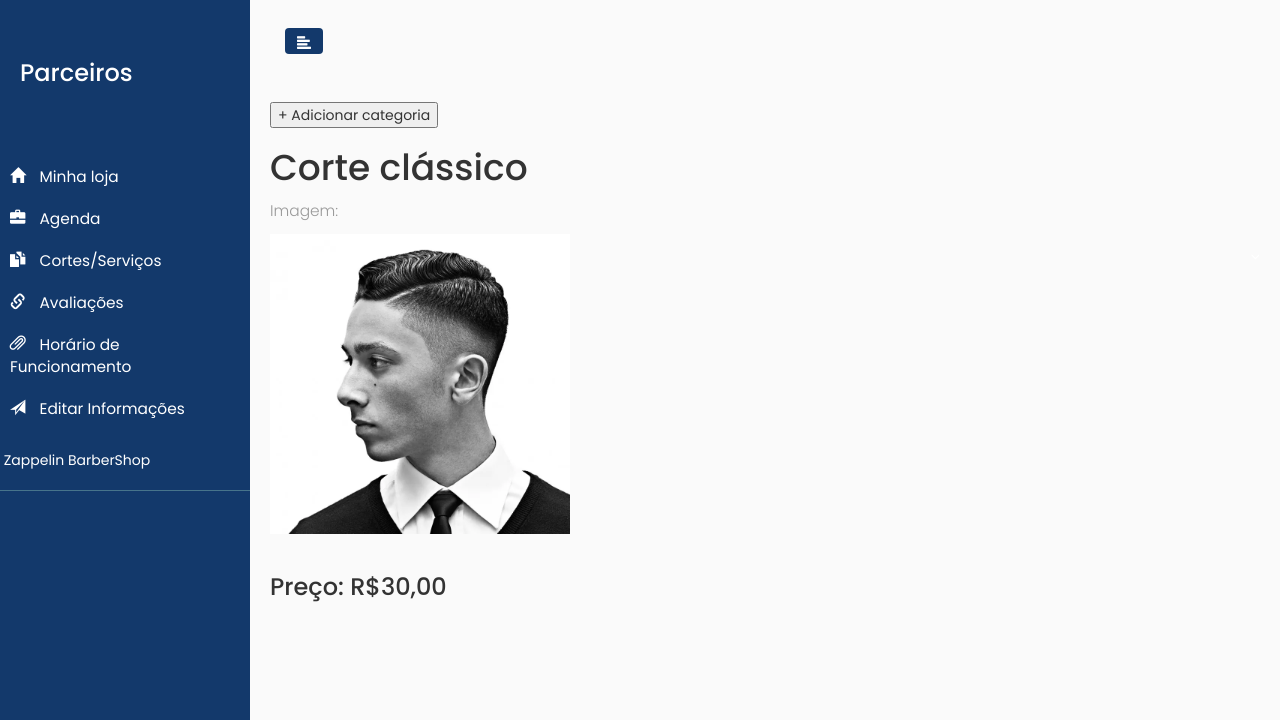
Repository: aquilesascar/barberconnect
Page: http://localhost/corteclassico.php
An editor plug-in stored every save of this project. The page is shown before and after the next save, followed by the edit.
The browser window is 1280 px wide. The pictures show the whole page.
The page is run by PHP 8.4 with error messages shown; the project is at /var/www/html/.

Above is the page before, as saved 2023-10-09 14:41:07.

### corteclassico.php
<!DOCTYPE html>
<html>

<head>
    <meta charset="utf-8">
    <meta name="viewport" content="width=device-width, initial-scale=1.0">
    <meta http-equiv="X-UA-Compatible" content="IE=edge">

    <title>Barra de tarefas</title>

    <!-- Bootstrap CSS CDN -->
    <link rel="stylesheet" href="https://maxcdn.bootstrapcdn.com/bootstrap/3.3.7/css/bootstrap.min.css">
    <!-- Our Custom CSS -->
    <link rel="stylesheet" href="../TCC/assets/css/style4.css">

</head>

<body>
    <div class="wrapper">
        <?php
        //INCLUSÃO DO MENU
        include_once('menu.php');
        ?>
        <!-- Page Content Holder -->
        <div id="content">


            <div class="container-fluid">

                <div class="navbar-header">
                    <button type="button" id="sidebarCollapse" class="btn btn-info navbar-btn">
                        <i class="glyphicon glyphicon-align-left"></i>

                    </button>
                </div>

                <div class="collapse navbar-collapse" id="bs-example-navbar-collapse-1">

                </div>
            </div>
            </nav>
            <br><br>
            <button class="categoria">+ Adicionar categoria</button>














            <h1>Corte clássico</h1>
            <p>Imagem:</p>
            <img src="../TCC/assets/img/classiccorte.webp" alt="" class="img">
            <style>
                .img {
                    width: 300px;
                    height: auto;
                }
            </style>
            <h3>Preço: R$30,00</h3>

        </div>
    </div>

    <!-- jQuery CDN -->
    <script src="https://code.jquery.com/jquery-1.12.0.min.js"></script>
    <!-- Bootstrap Js CDN -->
    <script src="https://maxcdn.bootstrapcdn.com/bootstrap/3.3.7/js/bootstrap.min.js"></script>

    <script type="text/javascript">
        $(document).ready(function() {
            $('#sidebarCollapse').on('click', function() {
                $('#sidebar').toggleClass('active');
            });
        });
    </script>
</body>

</html>

### menu.php
<nav id="sidebar">
    <div class="sidebar-header">
        <h3>Parceiros</h3>
        <strong>BC</strong>
    </div>

    <ul class="list-unstyled components">
        <li>
            <a href="index4.php">
                <i class="glyphicon glyphicon-home"></i>
                Minha loja
            </a>

        </li>
        <li>
            <a href="agenda.php">
                <i class="glyphicon glyphicon-briefcase"></i>
                Agenda
            </a>

            <a href="corteclassico.php" aria-expanded="false">
                <i class="glyphicon glyphicon-duplicate"></i>
                Cortes/Serviços
            </a>
        </li>
        <li>
            <a href="avaliacoes.php">
                <i class="glyphicon glyphicon-link"></i>
                Avaliações
            </a>
        </li>
        <li>
            <a href="horario.php">
                <i class="glyphicon glyphicon-paperclip"></i>
                Horário de Funcionamento
            </a>
        </li>
        <li>
            <a href="#">
                <i class="glyphicon glyphicon-send"></i>
                Editar Informações
            </a>
        </li>
        <li>
            <a href="#"></a>
            <i class="glyphicon glyphicon-logout"></i>
            Zappelin BarberShop
        </li>
    </ul>

</nav>

### assets/css/style4.css
@import "https://fonts.googleapis.com/css?family=Poppins:300,400,500,600,700";

.form-check form-switch {
    text-align: justify;
}

h2 {
    padding-top: 20px;
}

h3 {
    padding-bottom: 20px;
    padding-top: 20px;
}

#sidebarCollapse {
    display: flex;
    align-items: center;
    justify-content: center;
}

#sidebarCollapse:hover {

    background-color: #05234b;
    color: white;
    align-items: center;
}

#lorem{
    color: #fafafa;
    font-size: 14px;
    user-select: none; /* Evita a seleção de texto */
    cursor: default;   /* Mantém o cursor padrão */
}


.coverImg {
    display: flex;
    justify-content: center;
}

.cover {
    border-radius: 8px;
}

.images {
    padding-bottom: 6% !important;
}

.linha{
    padding-bottom: 3%;
}

.filtros button {
    align-items: center !important;
    justify-content: center;
    border-radius: 25px !important;
    padding: 5px 17px;
    background-color: transparent;
    border-color: #8c8c8c !important;
    color: #8c8c8c;
    font-size: 16px !important;
    margin-right: 20px;
    font-weight: 450;
}

.filtros button:hover {
    background-color: transparent !important;
    /* Remove a mudança de cor de fundo */
    border-color: #6a6a6a !important;
    /* Remove a mudança de cor da borda */
    color: #6a6a6a !important;
    /* Remove a mudança de cor do texto */
}

.btn-primary {
    align-items: center !important;
    justify-content: center;
    border-radius: 5px !important;
    background-color: transparent;
    border-color: #080808 !important;
    color: #8c8c8c;
    font-size: 13px;
    margin-right: 20px;
    font-weight: 450;
}

.btn-primary:hover {
    background-color: transparent !important;
    /* Remove a mudança de cor de fundo */
    border-color: #6a6a6a !important;
    /* Remove a mudança de cor da borda */
    color: #6a6a6a !important;
    /* Remove a mudança de cor do texto */
}

.filtros {
    padding-bottom: 1%;

}

.divForm {
    margin-left: 10%;
    margin-right: 10%;
    border-radius: 6px;
    background-color: white;
    position: relative;
}

.divTable {
    border-radius: 6px;
    background-color: white;
    position: relative;
    box-shadow: 0 4px 8px 0 rgba(0, 0, 0, 0.2);
}

.divTable table {
    width: 100%;
    border-collapse: collapse;
    font-family: Arial, sans-serif;
}

.divTable th {
    background-color: #13396B;
    color: white;
    padding: 10px;
    text-align: center;
}

.divTable td {
    padding: 18px;
    text-align: center;
    border-bottom: 1px solid #ddd;
}

.divTable tr:hover {
    background-color: #f5f5f5;
}

.divTable caption {
    caption-side: top;
    text-align: center;
    font-weight: bold;
}


.barberItem {
    box-sizing: border-box;
    width: calc(100% / 3 - 10px);
    height: 200px;
    display: inline-block;
    position: relative;
    border-radius: 15px; /* Adiciona bordas arredondadas */
    box-shadow: 0 4px 8px 0 rgba(0,0,0,0.2); /* Adiciona sombra */
    transition: transform 0.4s ease, box-shadow 0.2s ease;
    background-color: #ffffff; /* Adiciona cor de fundo */
    padding: 10px 20px;
    margin-right: 6px;
    margin-bottom: 20px; /* Espaçamento entre as linhas */
}

.barberItem:hover {
    border-color: #6a6a6a !important;
    cursor: pointer;
}

.barberItem p {
    padding-left: 15%;
    font-size: 20px !important;
    padding-bottom: 20% !important;
    display: inline-block !important;
}

.barberText {
    margin-left: 85px;
    font-size: 24px;
    align-items: center;
    position: relative;
    top: -78px;
}

.description {
    padding-top: 4%;
}

.itemDescription {
    color: #8c8c8c;
    display: block;
    padding-bottom: 5%;
}

.price {
    padding-top: 5%;
    font-weight: 700;
    font-size: 20px;
}

.infos {
    position: relative;
    top: -1px;
    display: flex;
    justify-content: space-between;
    /* Isso substituirá a necessidade de float: right; */
}

.rightInfo {
    clear: both;
}

.itemName {
    font-size: 20px;
    font-weight: 600;
    position: relative;
}

.bi-star-fill {
    font-size: 16px;

}

.barberInfo {
    padding-top: 5%;
    font-size: 16px;
}

.avaliacao {
    color: rgb(255, 213, 0);
    text-decoration: underline;
    transition: color 0.2s ease;
}

.avaliacao:hover {
    cursor: pointer;
    color: rgb(251, 209, 0);
}

.distancia {
    color: rgba(0, 0, 0, 0.45);
}

.barberText {
    padding-top: 3px;
    font-size: 16px;
}

.barberName {
    font-size: 24px;
    font-weight: 700;
    position: relative;

}

.images img {
    padding-right: 3% !important;
}

body {
    font-family: 'Poppins', sans-serif;
    background: #fafafa;
}

p {
    font-family: 'Poppins', sans-serif;
    font-size: 1.1em;
    font-weight: 300;
    line-height: 1.7em;
    color: #999;
}

a,
a:hover,
a:focus {
    color: inherit;
    text-decoration: none;
    transition: all 0.3s;
}

.navbar {
    padding: 15px 10px;
    background: #fff;
    border: none;
    border-radius: 0;
    margin-bottom: 40px;
    box-shadow: 1px 1px 3px rgba(0, 0, 0, 0.1);
}

.minImg {
    position: absolute;
    right: 0;
    top: 50%;
    transform: translateY(-50%);
    padding-right: 5%;

}


.images img {
    padding-right: 3% !important;
}

.navbar-btn {
    box-shadow: none;
    outline: none !important;
    border: none;
    color: #ffffff;
    background-color: #13396B;
}

.line {
    width: 100%;
    height: 1px;
    border-bottom: 1px dashed #ddd;
    margin: 40px 0;
}

i,
span {
    display: inline-block;
}

/* ---------------------------------------------------
    SIDEBAR STYLE
----------------------------------------------------- */
.wrapper {
    display: flex;
    height: 100%;
    /*align-items: stretch;*/
}

#agenda {
    background-color: #13396B !important;
    color: white;
    cursor: default;
}

#thData:hover {
    cursor: pointer;
}

#sidebar {
    min-width: 250px;
    max-width: 250px;
    background: #13396B;
    color: #ffffff;
    transition: all 0.3s;
}

#sidebar.active {
    min-width: 80px;
    max-width: 80px;
    text-align: center;
}

#sidebar.active .sidebar-header h3,
#sidebar.active .CTAs {
    display: none;
}

#sidebar.active .sidebar-header strong {
    display: block;
}

#sidebar ul li a {
    text-align: left;
}

#sidebar.active ul li a {
    padding: 20px 10px;
    text-align: center;
    font-size: 0.85em;
}

#sidebar.active ul li a i {
    margin-right: 0;
    display: block;
    font-size: 1.8em;
    margin-bottom: 5px;
}

#sidebar.active ul ul a {
    padding: 10px !important;
}

#sidebar.active a[aria-expanded="false"]::before,
#sidebar.active a[aria-expanded="true"]::before {
    top: auto;
    bottom: 5px;
    right: 50%;
    -webkit-transform: translateX(50%);
    -ms-transform: translateX(50%);
    transform: translateX(50%);
}

#sidebar .sidebar-header {
    padding: 20px;
    background: #13396B;
}

#sidebar .sidebar-header strong {
    display: none;
    font-size: 1.8em;
}

#sidebar ul.components {
    padding: 20px 0;
    border-bottom: 1px solid #47748b;
}

#sidebar ul li a {
    padding: 10px;
    font-size: 1.1em;
    display: block;
}

#sidebar ul li a:hover {
    color: #13396B;
    background: #fff;
}

#sidebar ul li a i {
    margin-right: 10px;
}

#sidebar ul li.active>a,
a[aria-expanded="true"] {
    color: #fff;
    background: #13396B;
}


a[data-toggle="collapse"] {
    position: relative;
}

a[aria-expanded="false"]::before,
a[aria-expanded="true"]::before {
    content: '\e259';
    display: block;
    position: absolute;
    right: 20px;
    font-family: 'Glyphicons Halflings';
    font-size: 0.6em;
}

a[aria-expanded="true"]::before {
    content: '\e260';
}


ul ul a {
    font-size: 0.9em !important;
    padding-left: 30px !important;
    background: #13396B;
}

ul.CTAs {
    padding: 20px;
}

ul.CTAs a {
    text-align: center;
    font-size: 0.9em !important;
    display: block;
    border-radius: 5px;
    margin-bottom: 5px;
}

a.download {
    background: #13396B;
    color: #13396B;
}

a.article,
a.article:hover {
    background: #13396B !important;
    color: #fff !important;
}

#imgCorte {
    width: 100px;
}

/* ---------------------------------------------------
    CONTENT STYLE
----------------------------------------------------- */
#content {
    padding: 20px;
    min-height: 100vh;
    transition: all 0.3s;
}


/* ---------------------------------------------------
    MEDIAQUERIES
----------------------------------------------------- */
@media (max-width: 768px) {
    #sidebar {
        min-width: 80px;
        max-width: 80px;
        text-align: center;
        margin-left: -80px !important;
    }

    a[aria-expanded="false"]::before,
    a[aria-expanded="true"]::before {
        top: auto;
        bottom: 5px;
        right: 50%;
        -webkit-transform: translateX(50%);
        -ms-transform: translateX(50%);
        transform: translateX(50%);
    }

    #sidebar.active {
        margin-left: 0 !important;
    }

    #sidebar .sidebar-header h3,
    #sidebar .CTAs {
        display: none;
    }

    #sidebar .sidebar-header strong {
        display: block;
    }

    #sidebar ul li a {
        padding: 20px 10px;
    }

    #sidebar ul li a span {
        font-size: 0.85em;
    }

    #sidebar ul li a i {
        margin-right: 0;
        display: block;
    }

    #sidebar ul ul a {
        padding: 10px !important;
    }

    #sidebar ul li a i {
        font-size: 1.3em;
    }

    #sidebar {
        margin-left: 0;
    }

    #sidebarCollapse span {
        display: none;
    }
}

After the next save:
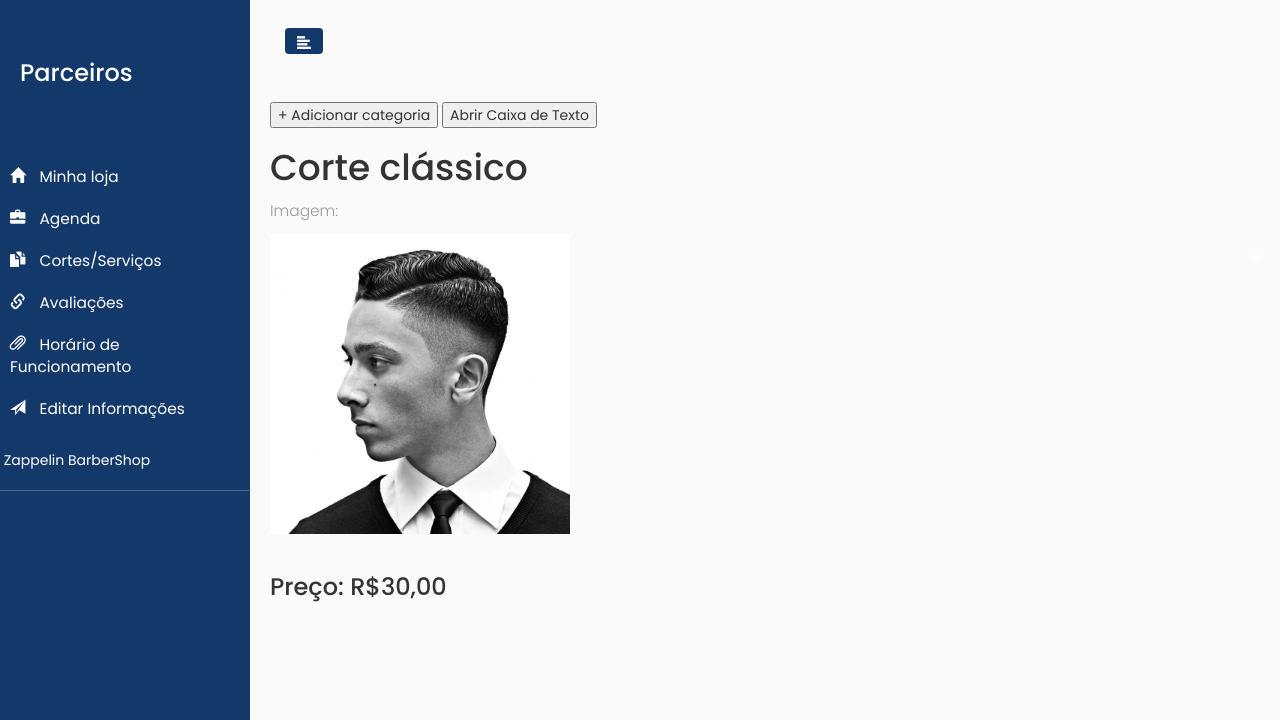
Saved 104 s later.
--- a/corteclassico.php
+++ b/corteclassico.php
@@ -47,6 +47,12 @@
 
 
 
+            <button id="botaoAbrir">Abrir Caixa de Texto</button>
+<div id="caixaTexto" style="display: none;">
+  <input type="text" id="textoInput" placeholder="Digite seu texto aqui">
+  <button onclick="salvarTexto()">Salvar</button>
+</div>
+<div id="textoSalvo"></div>
 
 
 
